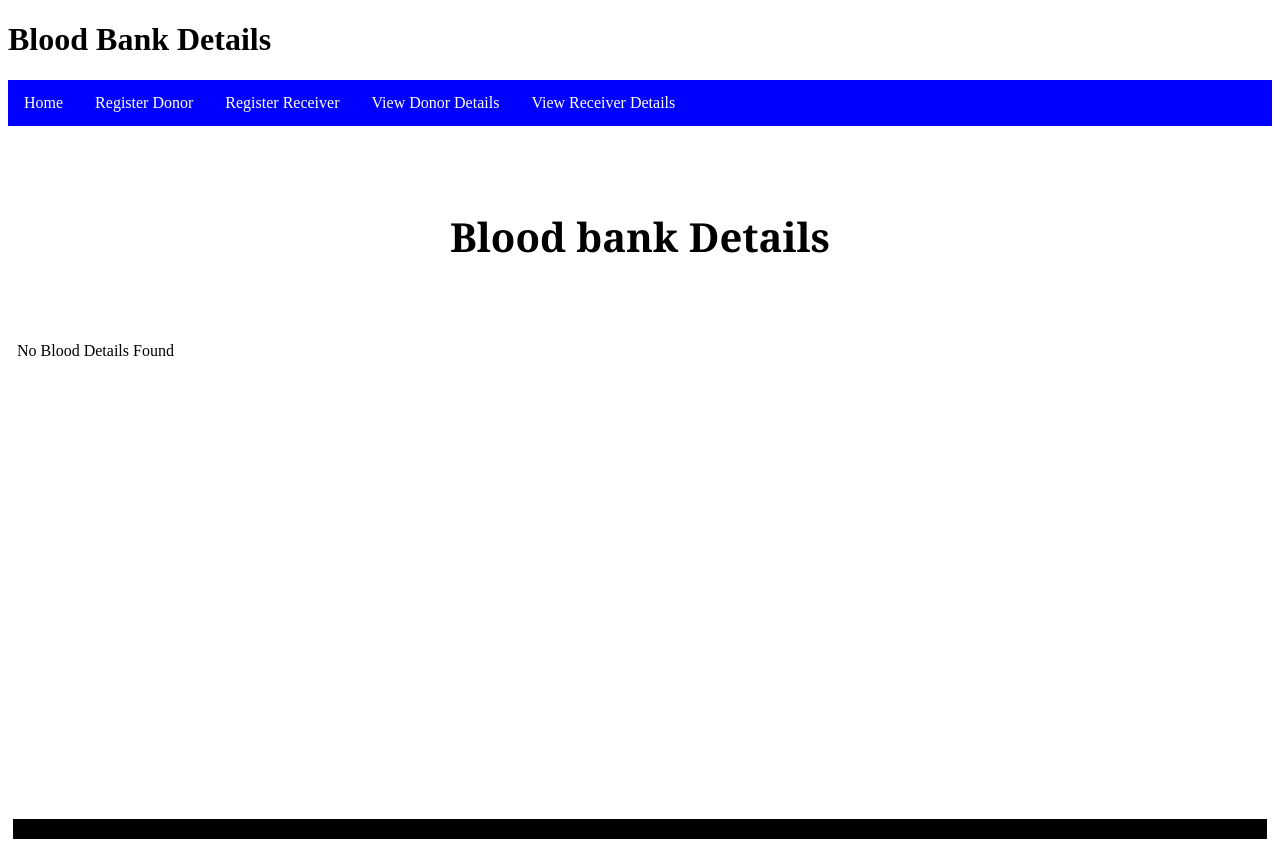
Repository: KarthikaShaja/BloodBank
Page: http://localhost/BloodBank/admin/admin_bank_view_all.jsp
The author's editor kept a copy of each file at every save. The page is drawn from the files as they stood at one save, then again after the next save.
The browser window is 1280 px wide. The pictures show the whole page.
The page is served by Tomcat 9. Queries for data that is not in the repository find no rows.

Above is the page before, as saved 2019-12-03 05:35:11.

After the next save:
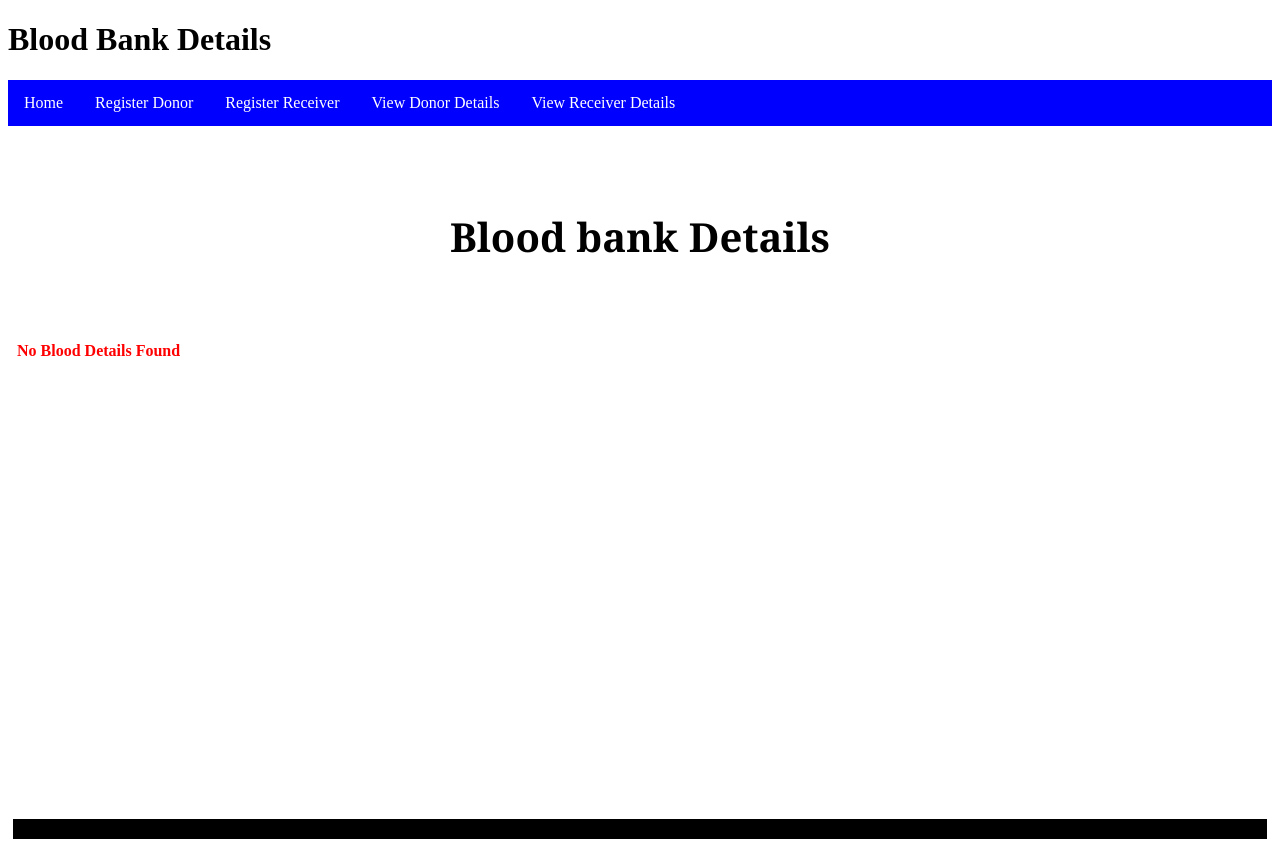
Saved 56 s later.
--- a/project/BloodBank/WebContent/admin/admin_bank_view_all.jsp
+++ b/project/BloodBank/WebContent/admin/admin_bank_view_all.jsp
@@ -77,7 +77,7 @@
 																	} else {
 																%>
 																<tr>
-																	<td valign="middle" colspan="7">No Blood Details
+																	<td valign="middle" colspan="7" style="color: red; font-weight: bold;">No Blood Details
 																		Found</td>
 																</tr>
 																<%
